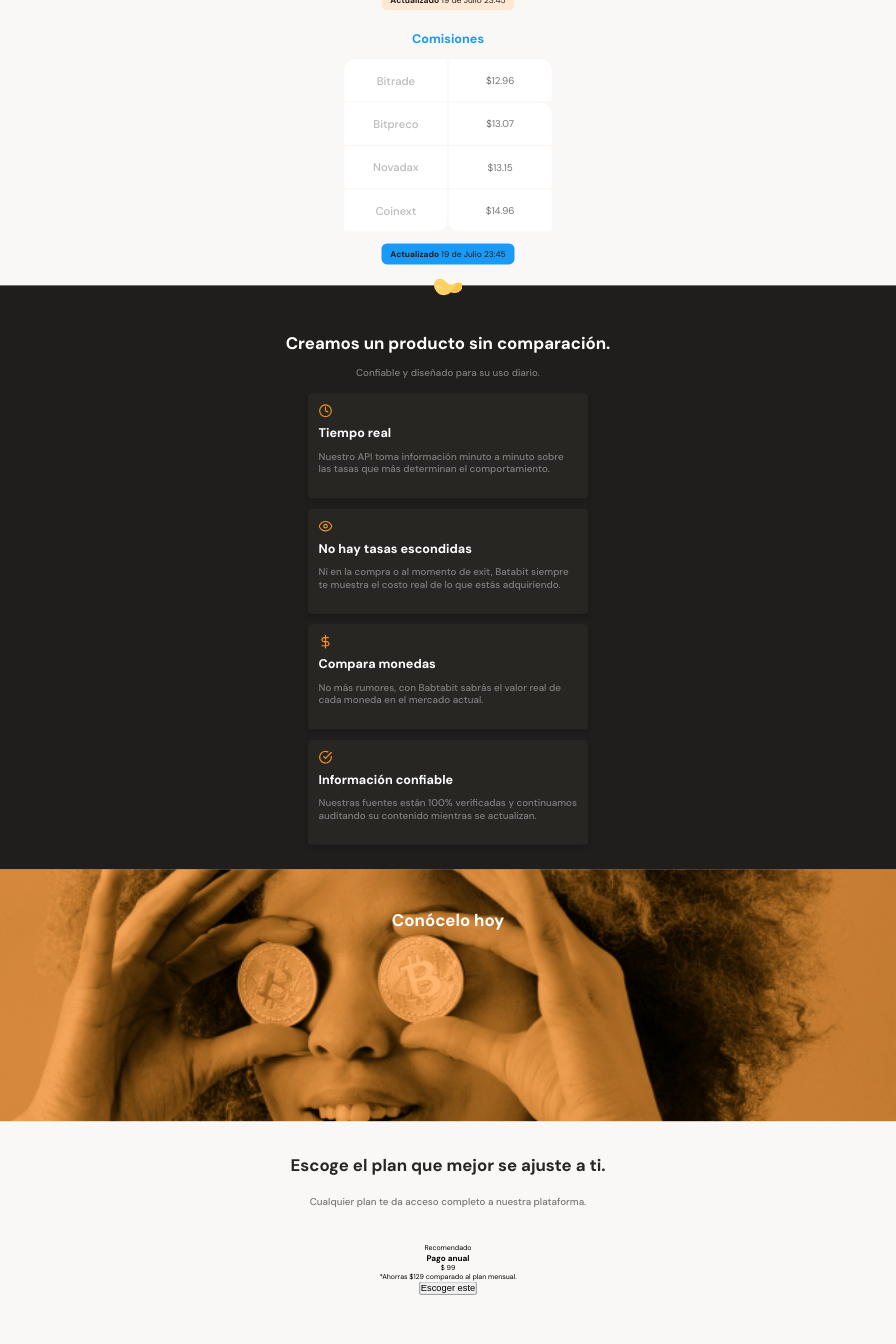
Repository: ChristianGecchelin/spa-full-css-html
Page: index.html
The author's editor kept a copy of each file at every save. The page is drawn from the files as they stood at one save, then again after the next save.
The browser window is 1280 px wide. The pictures show the part of the page from y = 1084 to 3004 px (the page is 3004 px tall), at 70% of full size.

Above is the page before, as saved 2021-11-29 21:17:34.

After the next save:
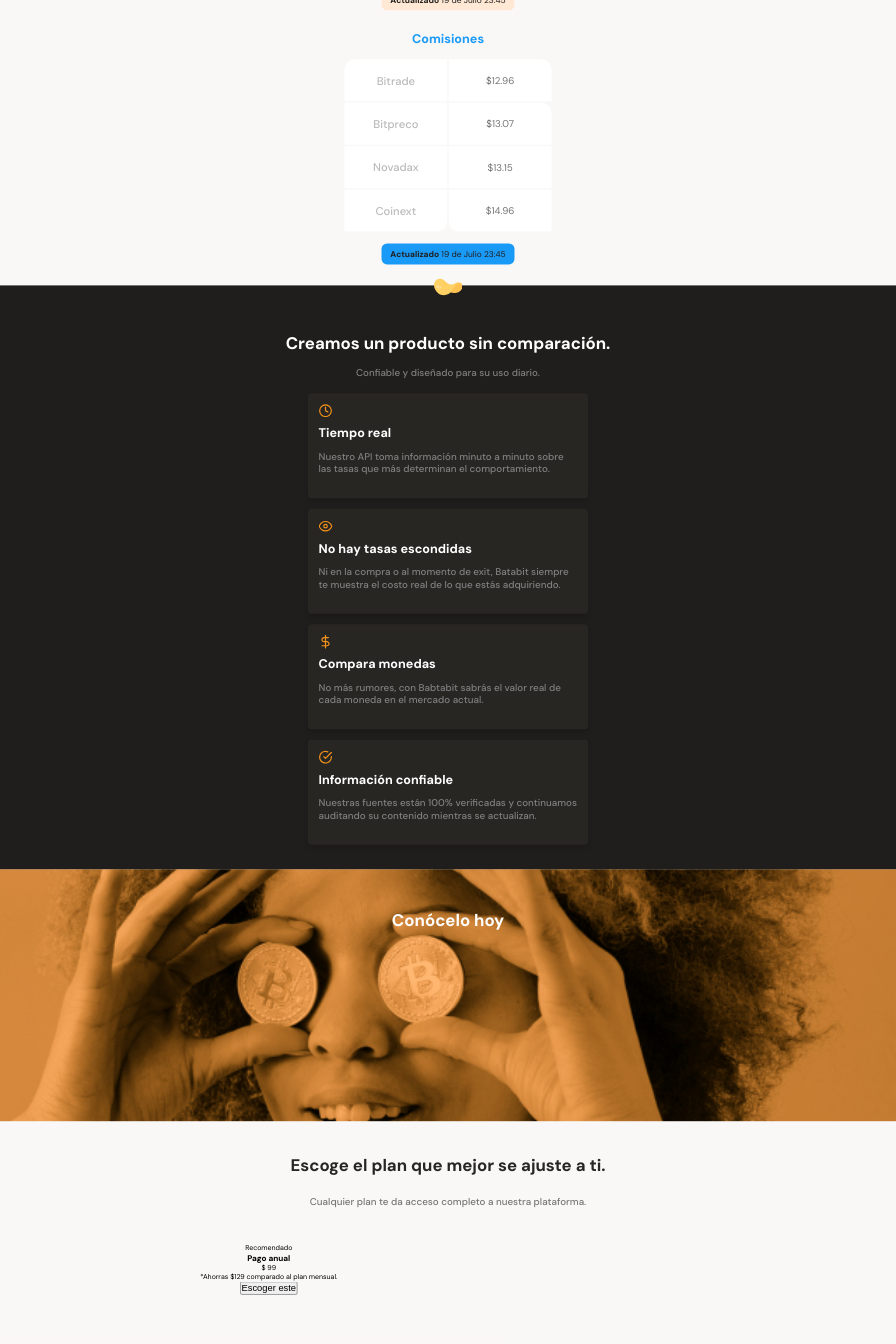
Saved 53 s later.
--- a/styles/styles.css
+++ b/styles/styles.css
@@ -395,3 +395,7 @@
   line-height: 1.8rem;
   color: #757575;
 }
+.plans-container--card {
+  position: relative;
+  width: 60%;
+}
